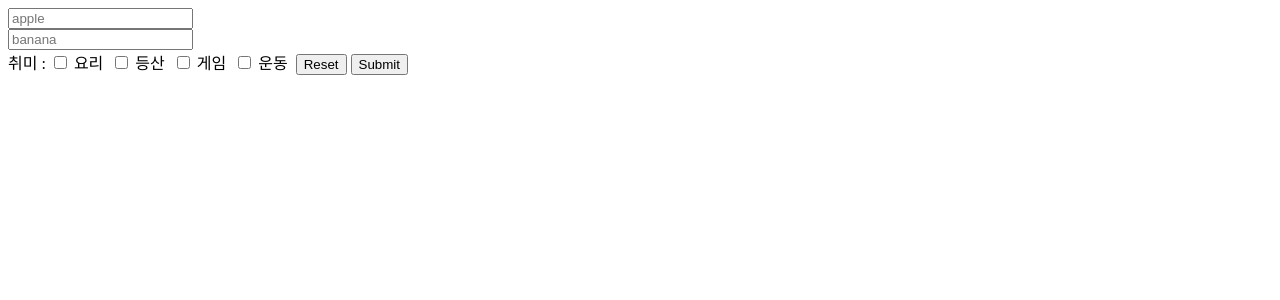
Repository: Kimhwawon/jsp_practice
Page: http://localhost/JSPBasic/JsObject/1.requests/req_param_send.jsp
These files come from the project's save history. The page is drawn as it stood at one moment and after the next save; the edit follows.
The browser window is 1280 px wide. The pictures show the whole page.
The page is served by Tomcat 9.

Above is the page before, as saved 2022-02-03 06:09:59.

After the next save:
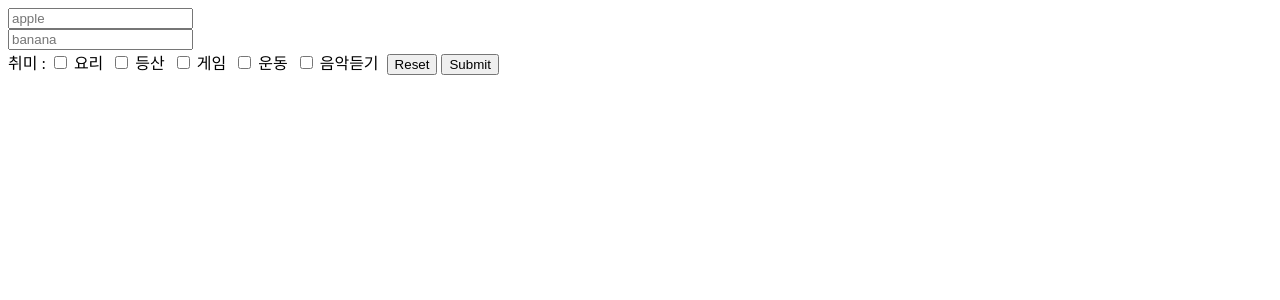
Saved 73 s later.
--- a/JSPBasic/src/main/webapp/JsObject/1.requests/req_param_send.jsp
+++ b/JSPBasic/src/main/webapp/JsObject/1.requests/req_param_send.jsp
@@ -23,6 +23,7 @@
 		<input type = "checkbox" name= "hobby" > 등산&nbsp;
 		<input type = "checkbox" name= "hobby" > 게임&nbsp;
 		<input type = "checkbox" name= "hobby" > 운동&nbsp;
+		<input type = "checkbox" name= "hobby" > 음악듣기&nbsp;
 
 
 	<input type = "reset"/>
